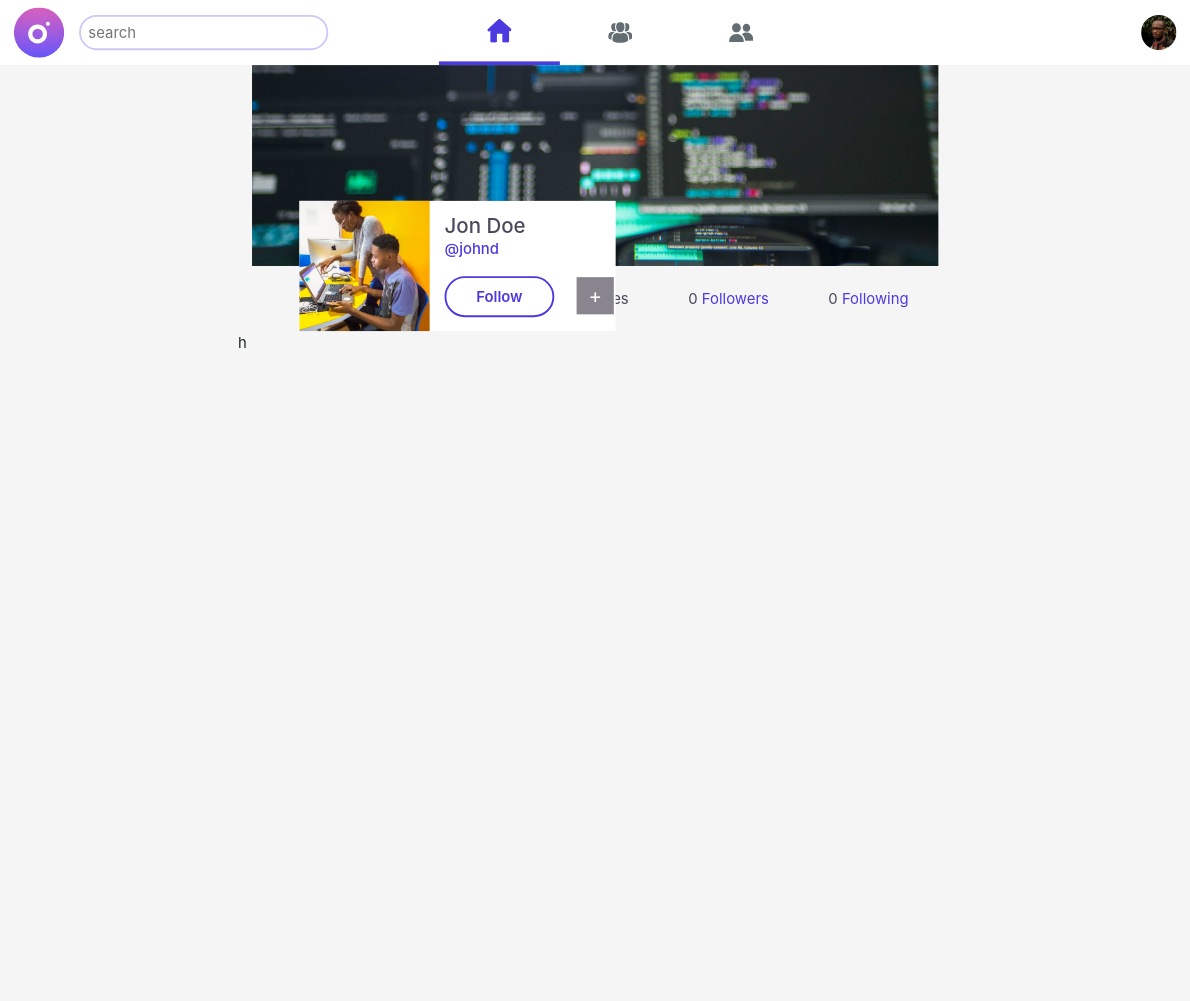
Repository: Flovet-stack/memic
Page: admin-profile.html
These files come from the project's save history. The page is drawn as it stood at one moment and after the next save; the edit follows.
The browser window is 1280 px wide. The pictures show the whole page, at 93% of full size.
The pointer rests on the first visible `.dynamic-stat`.
Some web fonts or font styles are not loaded; a fallback is used.

Above is the page before, as saved 2020-10-28 00:07:23.
Console error: TypeError: Cannot read properties of undefined (reading 'fn')

After the next save:
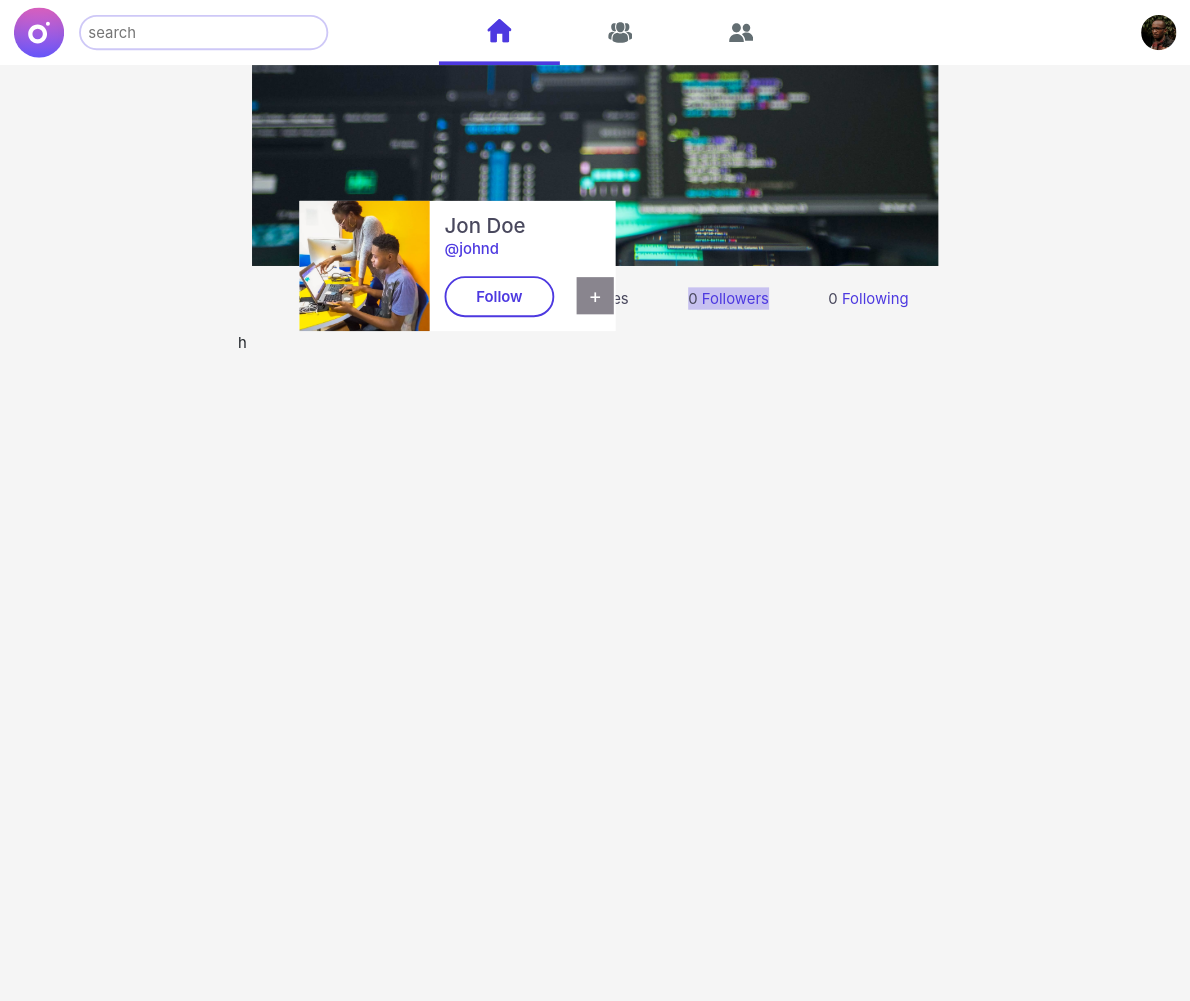
Saved 11 s later.
--- a/css/admin-profile.css
+++ b/css/admin-profile.css
@@ -96,5 +96,5 @@
     color: var(--secondary-color) !important;
 }
 .dynamic-stat:hover {
-    background-color: var(--secondary-ovrlay);
+    background-color: var(--secondary-overlay);
 }
